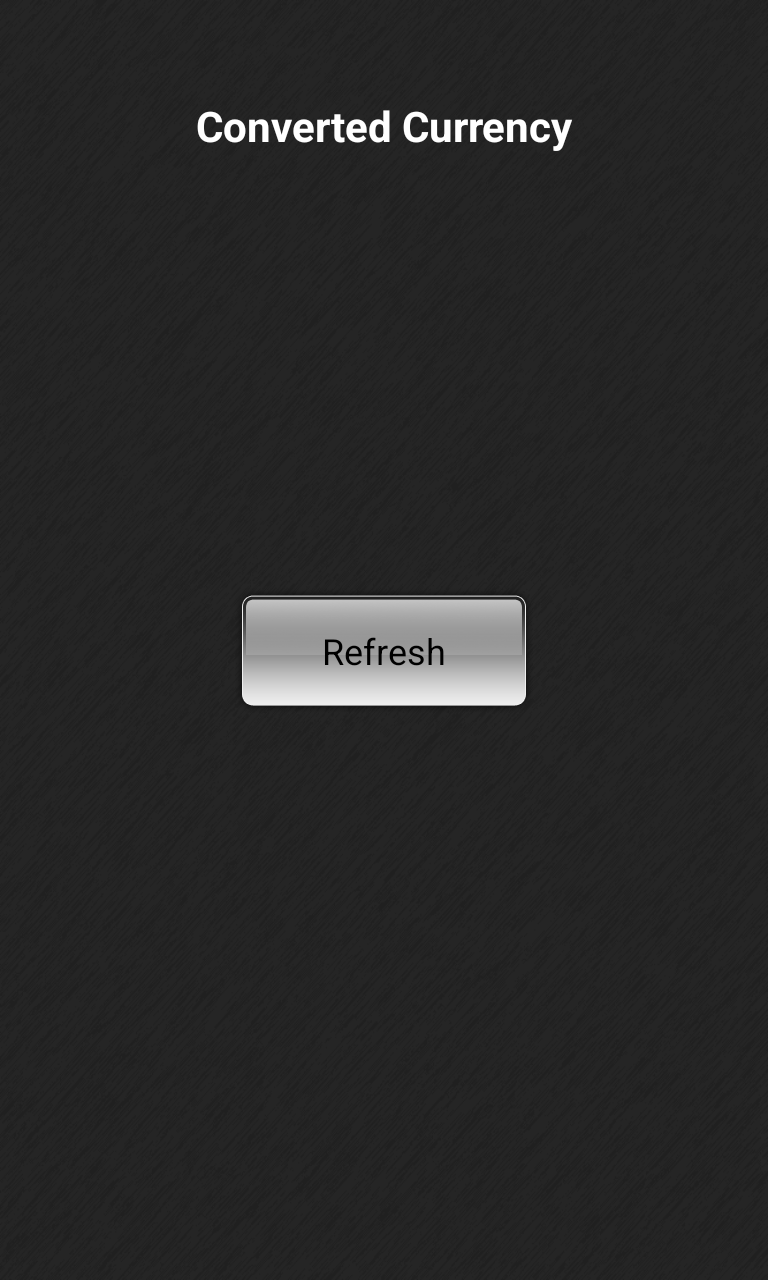
Repository: efreestone/MDF3_Freestone
Layout: ConvertIt/res/layout/activity_main.xml
An editor plug-in stored every save of this project. The layout is shown before and after the next save, followed by the edit.
It is drawn on a 768 x 1280 px phone screen (xhdpi) without system bars, with theme AppTheme; the app's code is not run.

Above is the layout before, as saved 2014-07-11 02:07:23.

After the next save:
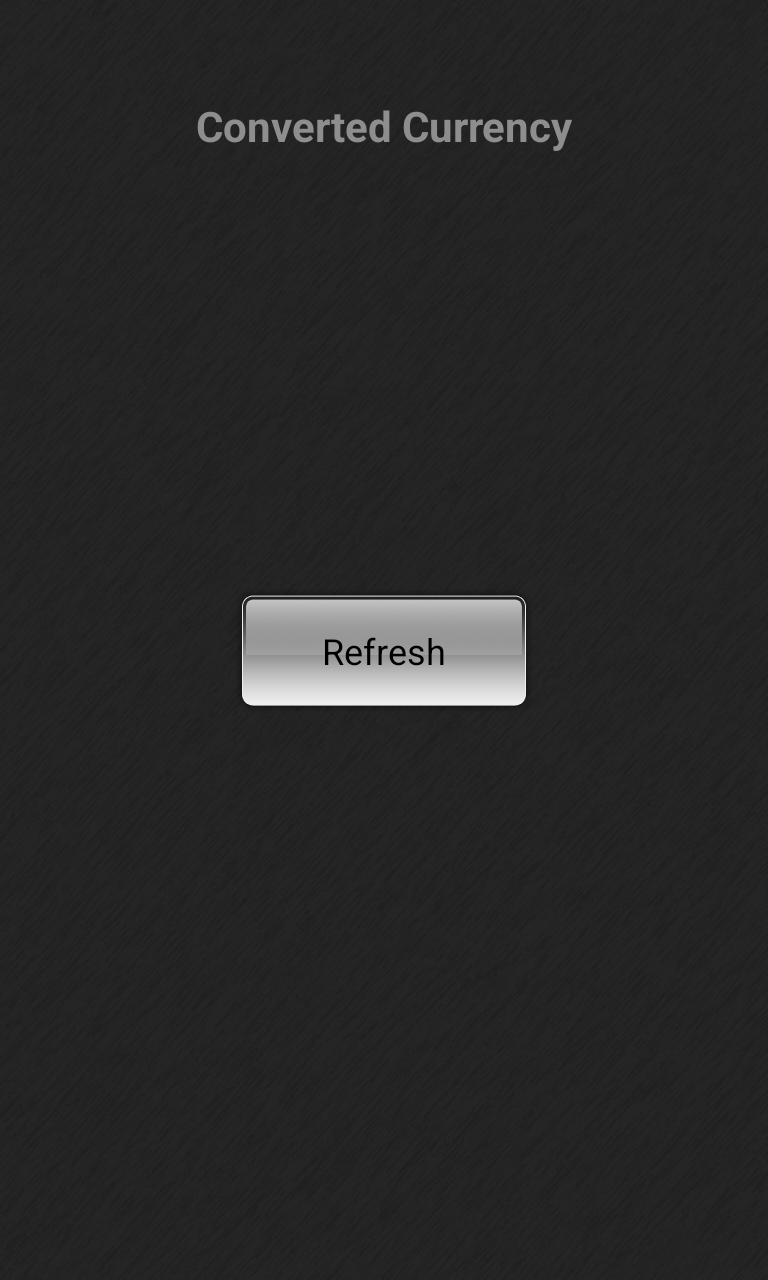
Saved 34 s later.
--- a/ConvertIt/res/layout/activity_main.xml
+++ b/ConvertIt/res/layout/activity_main.xml
@@ -25,8 +25,7 @@
         android:textStyle="bold"
         android:textSize="21sp"
         android:layout_marginBottom="5dp"
-        android:textColor="#ffffff"
-
+        android:textColor="#8e8e8e"
         android:text="@string/convertedLabelString"/>
 
     <TextView
